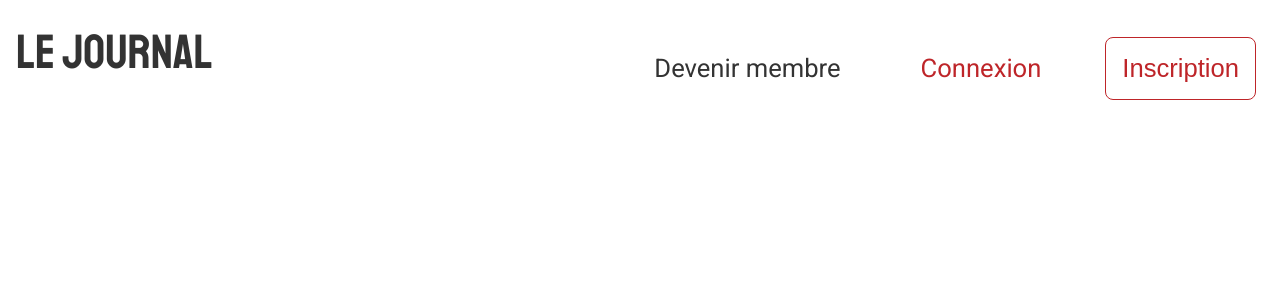
Repository: AmelYahyaoui/journal
Page: index.html
These files come from the project's save history. The page is drawn as it stood at one moment and after a run of saves; the edit follows.
The browser window is 1280 px wide. The pictures show the whole page.
Some web libraries are served in a nearby version.

Above is the page before, as saved 2024-10-07 17:07:12.

### index.html
<!DOCTYPE html>
<html lang="en">
<head>
  <meta charset="UTF-8">
  <meta name="viewport" content="width=device-width, initial-scale=1.0">
  <link rel="stylesheet" href="./css/style.css">
  <!-- font awesome pour les icons -->
  <script src="https://kit.fontawesome.com/86cd9e8130.js" crossorigin="anonymous"></script>
  <link rel="stylesheet" media="only screen and (max-width:500px)"  href="./css/style.mobile.css">
  <!-- googl fonts(font family on deux:staatliches et roboto) -->
  <link href="https://fonts.googleapis.com/css2?family=Staatliches&display=swap" rel="stylesheet">
  <link href="https://fonts.googleapis.com/css2?family=Roboto:ital,wght@0,100;0,300;0,400;0,500;0,700;0,900;1,100;1,300;1,400;1,500;1,700;1,900&family=Staatliches&display=swap" rel="stylesheet">
  <title>Document</title>
</head>
<body>
  <header>
    <a href="#" class="logo">le journal</a>
    <ul>
      <li><a href="">Devenir membre</a></li>
      <li><a class="text-primary" href="">Connexion</a></li>
      <li><button class="btn btn-light" href="">Inscription</></li>
    </ul>
  </header>
</body>
</html>

### css/style.css
/* & reset */
* {
  margin: 0;
  padding: 0;
  box-sizing: border-box;
}

/* ^ general  */
/* def pour color */
:root {
  --primary: #be2529;
  --dark: #333;
  --secondary: #0d0d0d;
  --gray: #ddd;
  --gray-light: #eee;
  --gray-hint: #555;

}

/* pour tout html */
:root {
  font-size: 1100;
}

body {
  font-family: "Roboto", sans-serif;
  font-size: 1.6rem;

}

h1,
h2,
h3,
h4,
h5,
h6 {
  font-family: "Staatliches", cursive;
}

a {
  font-size: 1.6rem;
  color: var(--dark);
  text-decoration: none;
}

ul {
  list-style: none;
}

/* ~ utility */
.container {
  display: block;
  margin: auto;
  max-width: 1100px;
}

.text-primary {
  color: var(--primary);
}

/* hover simple */
.text-primary:hover {
  opacity: 0.8;
}

.btn {
  font-size: 1.6rem;
  padding: 1rem 1rem;
  border-radius: 0.5rem;
  cursor: pointer;
  border: 0px;
  -webkit-border-radius: 0.5rem;
  -moz-border-radius: 0.5rem;
  -ms-border-radius: 0.5rem;
  -o-border-radius: 0.5rem;
  transition: 0.2s;
  -webkit-transition: 0.2s;
  -moz-transition: 0.2s;
  -ms-transition: 0.2s;
  -o-transition: 0.2s;
}

.btn-light {
  background: white;
  border: 1px solid var(--primary);
  color: var(--primary);
}

.btn-light:hover {
  background:var(--primary);
  color: white
}








/* ~ Header */

header {
  display: grid;
  grid-template-columns: 1fr auto;
  place-items: ;
  line-height: 3.5rem;
  margin: 0.5rem auto;
}

header .logo {
  font-size: 3rem;
  font-family: "Staatliches", cursive;
}

header a {
  display: block;
  padding: 1rem;
}

header ul {
  display: flex;
  align-items: center;
}

header ul li {
  padding: 1rem 1.5rem;
}

Loaded but not shown: css/style.mobile.css (no stored copy; drawn as an empty file)

After the next 3 saves:
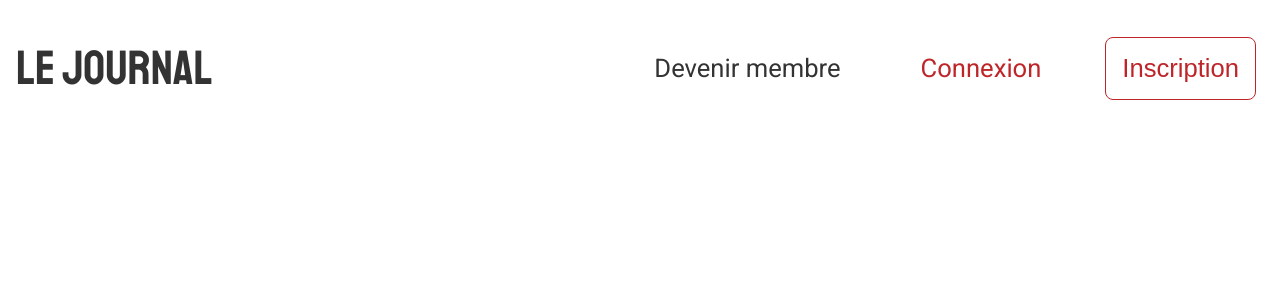
The 3 saves are shown as one change because they came seconds apart.
The last was saved 61 s later.
--- a/css/style.css
+++ b/css/style.css
@@ -103,7 +103,7 @@
 header {
   display: grid;
   grid-template-columns: 1fr auto;
-  place-items: ;
+  place-items:center start ;
   line-height: 3.5rem;
   margin: 0.5rem auto;
 }
